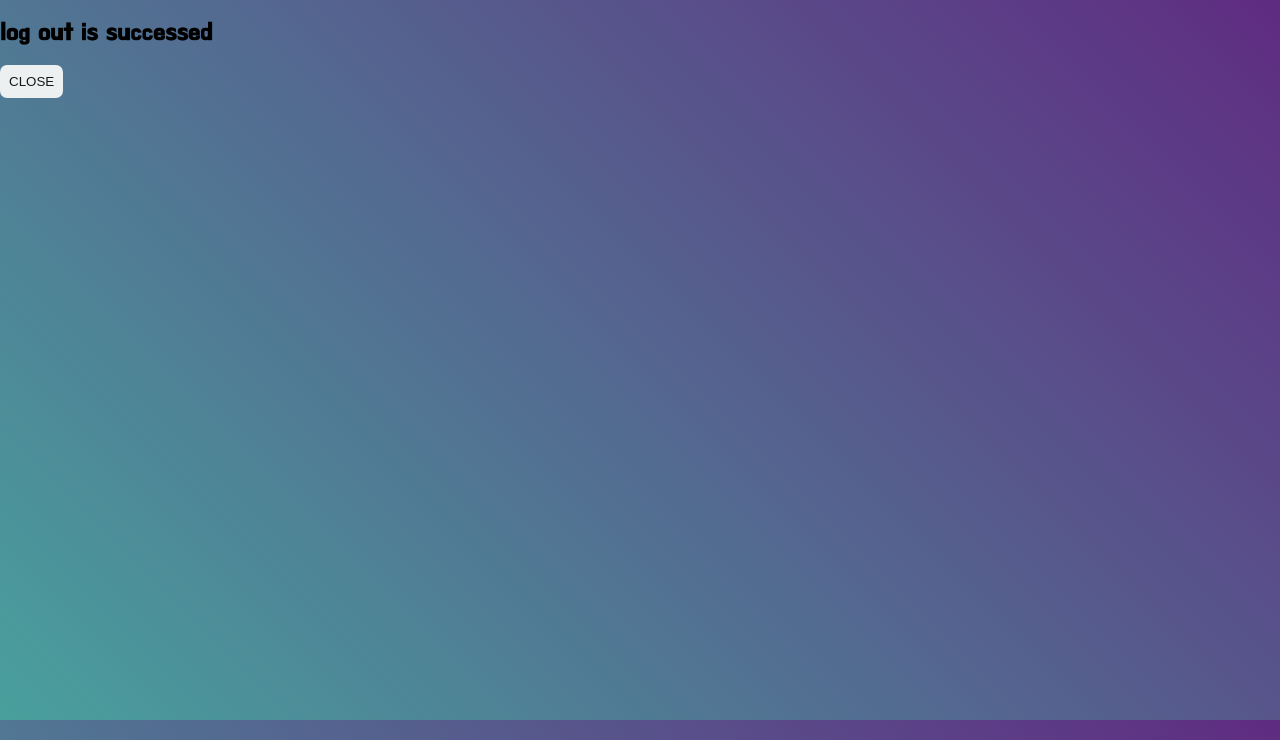
Repository: MIR013/KNU_DB_Project_Team5
Page: http://localhost/Databaase/log_out.jsp
The author's editor kept a copy of each file at every save. The page is drawn from the files as they stood at one save, then again after the next save.
The browser window is 1280 px wide. The pictures show the whole page.
The page is served by Tomcat 9. Nobody is signed in. The application's start-up code is not run.

Above is the page before, as saved 2018-11-22 10:48:29.

### dbphase/Databaase/WebContent/log_out.jsp
<%@ page language="java" contentType="text/html; charset=UTF-8"
    pageEncoding="UTF-8"%>
<!DOCTYPE html>
<html>
<head>
<meta charset="UTF-8">
<link rel='stylesheet' type='text/css' href='mystyle.css'>
<title>Insert title here</title>
</head>
<body>
<h2>log out is successed</h2>
<%
session.invalidate();

String nextpage = "<form action=\"main.html\" method=\"POST\">" +
			"<input type=\"submit\" value=\"CLOSE\"/>" +
			"</form>";
out.print(nextpage);
%>
</body>
</html>

### dbphase/Databaase/WebContent/mystyle.css


@font-face{
	font-family:"hanna";
	src:url("hanna.ttf")format("truetype");
}




input {
   /* width: 18%;*/
    text-align: center;

    padding: 1ex;
    border: 2px solid #ECF0F1;
    transition: border ease 500ms;
    border-radius: 1ex;
    background: #ECF0F1;
    color: #181818;

    &:focus {
      outline: none;
      border: 2px solid #3498DB;
    }

    &:not(:last-child) {
      margin-bottom: 1ex;
    }
}
button {
   color: white;
   border: 2px solid #3498DB;
   background: #3498DB;
}

html,
body {
	height: 100%;
}


body {
	margin: 0;
	background: linear-gradient(45deg, #49a09d, #5f2c82);
	font-family: hanna;
	font-weight: 100;
}

.container {
	position: absolute;
	top: 50%;
	left: 50%;
	transform: translate(-50%, -50%);
}

table {
	/*width: 800px;*/
	border-collapse: collapse;
	overflow: hidden;
	box-shadow: 0 0 20px rgba(0,0,0,0.1);
}

th,
td {
	white-space:nowrap;
	text-align: center;
	padding: 15px;
	background-color: rgba(255,255,255,0.2);
	color: #fff;
	margin-left: auto; margin-right: auto;
}

th {
	text-align: center;
}

thead {
	th {
		background-color: #55608f;
	}
}

tbody {
	tr {
		&:hover {
			background-color: rgba(255,255,255,0.3);
		}
	}
	td {
		position: relative;
		&:hover {
			&:before {
				content: "";
				position: absolute;
				left: 0;
				right: 0;
				top: -9999px;
				bottom: -9999px;
				background-color: rgba(255,255,255,0.2);
				z-index: -1;
			}
		}
	}
}

After the next save:
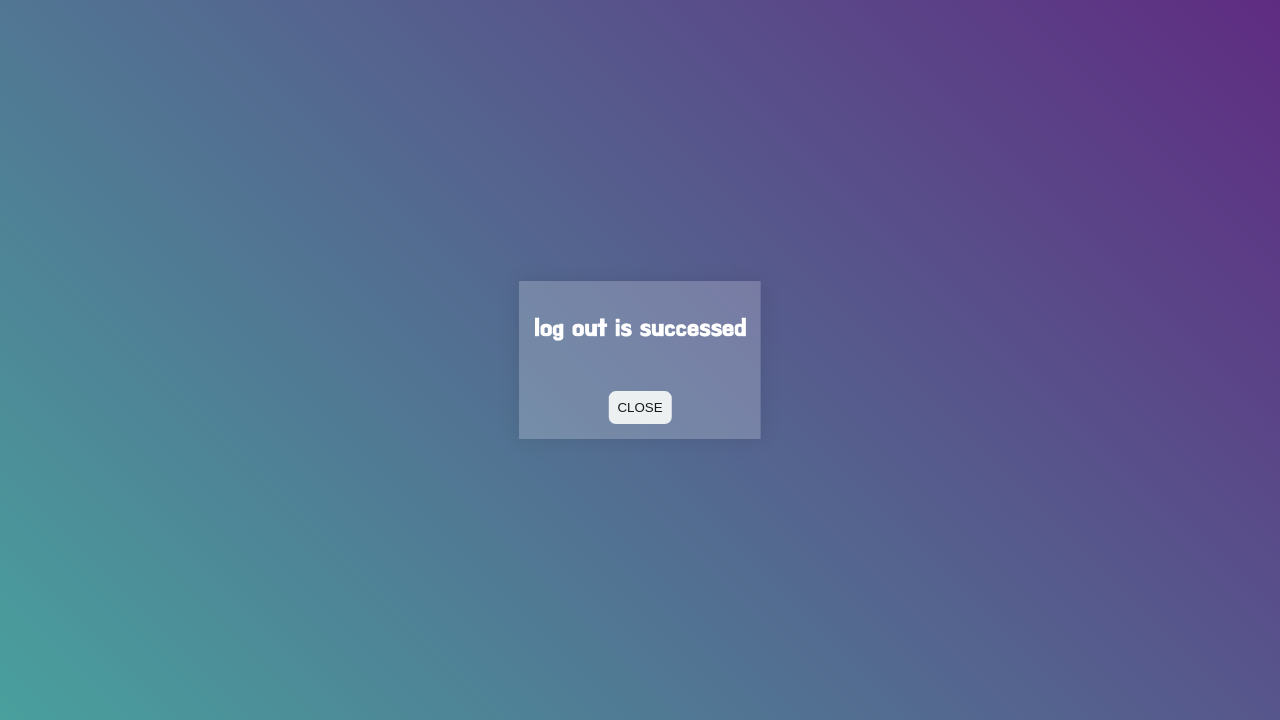
Saved 72 s later.
--- a/dbphase/Databaase/WebContent/log_out.jsp
+++ b/dbphase/Databaase/WebContent/log_out.jsp
@@ -8,14 +8,17 @@
 <title>Insert title here</title>
 </head>
 <body>
-<h2>log out is successed</h2>
+
 <%
-session.invalidate();
+	session.invalidate();
 
-String nextpage = "<form action=\"main.html\" method=\"POST\">" +
-			"<input type=\"submit\" value=\"CLOSE\"/>" +
-			"</form>";
-out.print(nextpage);
+	out.print("<div class=\"container\"><table><tr><th><h2>" + " log out is successed " + "</h2></th></tr>");
+
+	String nextpage = "<tr><td><form action=\"main.html\" method=\"POST\">" +
+			"<input type=\"submit\" value=\"CLOSE\"/></td></tr>" +
+			"</form></table></div>";
+	out.print(nextpage);
+
 %>
 </body>
 </html>
